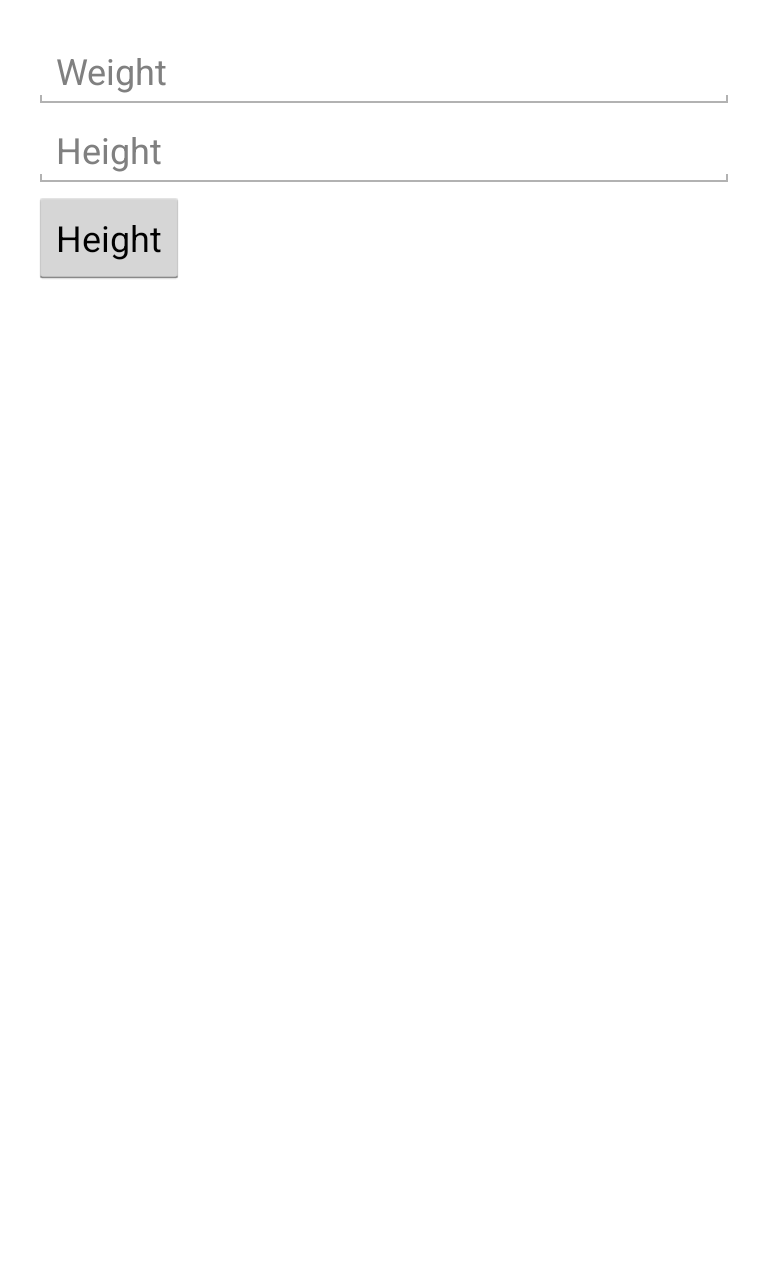
Repository: ericMedeiros93/Android-Dev
Layout: bmi/res/layout/activity_main.xml
The author's editor kept a copy of each file at every save. The layout is drawn from the files as they stood at one save, then again after the next save.
It is drawn on a 768 x 1280 px phone screen (xhdpi) without system bars, with theme AppTheme; the app's code is not run.

Above is the layout before, as saved 2014-09-10 16:09:36.

### bmi/res/layout/activity_main.xml
<LinearLayout xmlns:android="http://schemas.android.com/apk/res/android"
    xmlns:tools="http://schemas.android.com/tools"
    android:layout_width="match_parent"
    android:layout_height="match_parent"
    android:orientation="vertical"
    android:paddingBottom="@dimen/activity_vertical_margin"
    android:paddingLeft="@dimen/activity_horizontal_margin"
    android:paddingRight="@dimen/activity_horizontal_margin"
    android:paddingTop="@dimen/activity_vertical_margin"
    tools:context="com.ericmedeiros.bmi.MainActivity" >

    <EditText
        android:id="@+id/weight"
        android:inputType="number"
        android:layout_width="match_parent"
        android:layout_height="wrap_content"
        android:hint="@string/weight_hint" />
    <EditText
        android:id="@+id/height"
        android:inputType="number"
        android:layout_width="match_parent"
        android:layout_height="wrap_content"
        android:hint="@string/height_hint" />
   <Button
        android:id="@+id/calculate"
        android:layout_width="wrap_content"
        android:layout_height="wrap_content"
        android:text="@string/btn" />

</LinearLayout>

### bmi/res/values/strings.xml
<?xml version="1.0" encoding="utf-8"?>
<resources>

    <string name="app_name">bmi</string>
    <string name="hello_world">Hello world!</string>
    <string name="action_settings">Settings</string>
    <string name="weight_hint">Weight</string>
    <string name="height_hint">Height</string>
    <string name="btn">Height</string>

</resources>

Loaded but not shown: bmi/res/values/styles.xml (common file); bmi/res/values-v11/styles.xml (common file); bmi/res/values-v14/styles.xml (common file); bmi/res/values/dimens.xml (common file); bmi/res/values-w820dp/dimens.xml (common file)

After the next save:
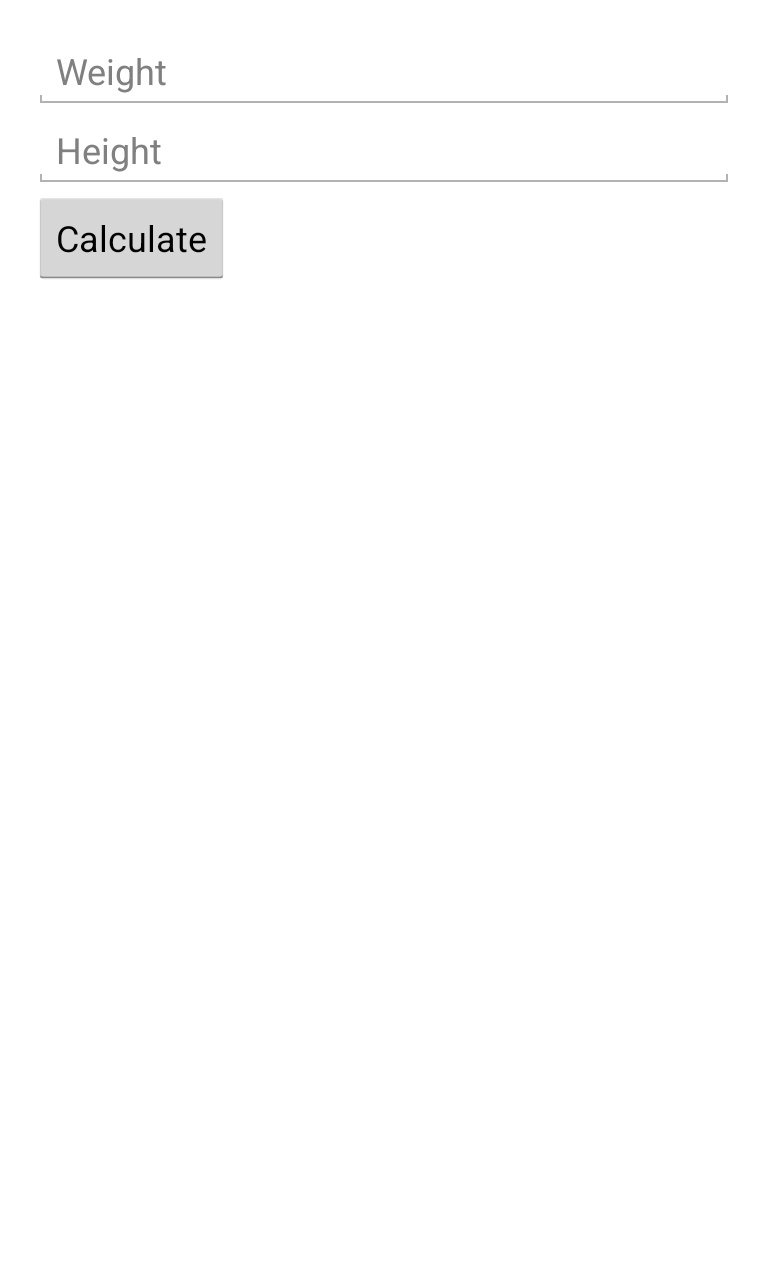
Saved 8 s later.
--- a/bmi/res/values/strings.xml
+++ b/bmi/res/values/strings.xml
@@ -6,6 +6,6 @@
     <string name="action_settings">Settings</string>
     <string name="weight_hint">Weight</string>
     <string name="height_hint">Height</string>
-    <string name="btn">Height</string>
+    <string name="btn">Calculate</string>
 
 </resources>
